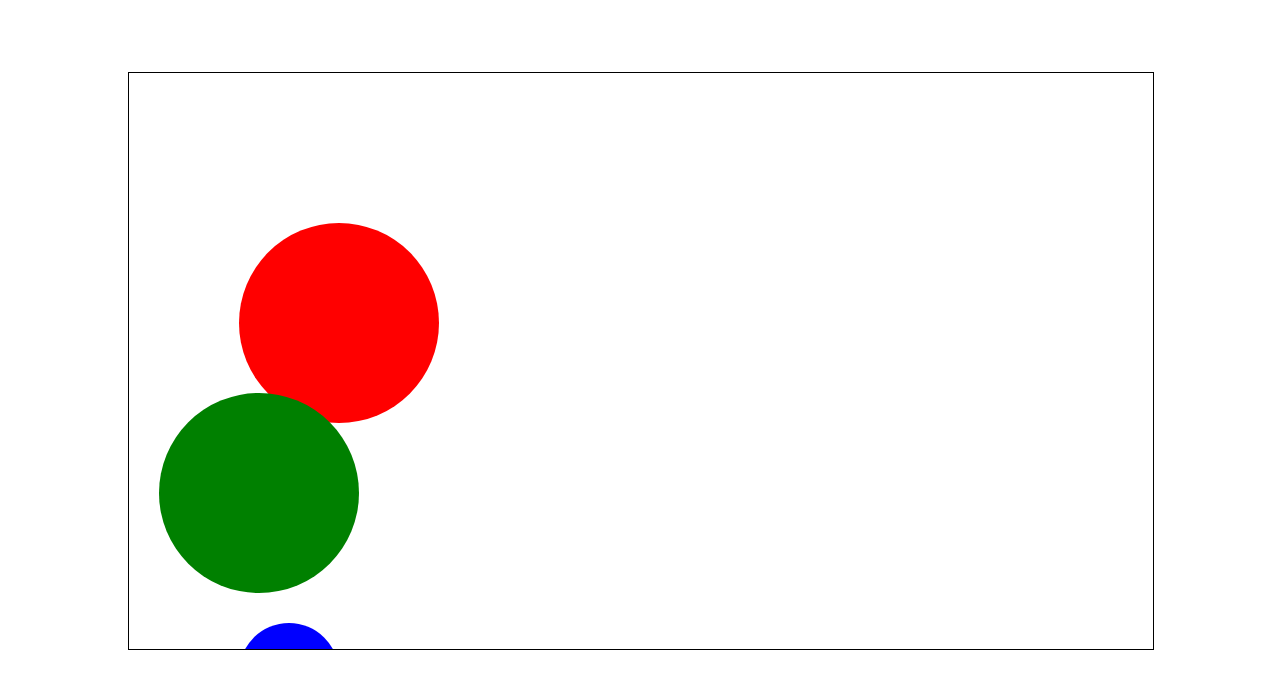
Repository: themoomooo/testgitajout
Page: index.html
These files come from the project's save history. The page is drawn as it stood at one moment and after the next save; the edit follows.
The browser window is 1280 px wide. The pictures show the whole page.

Above is the page before, as saved 2023-01-23 16:18:36.

After the next save:
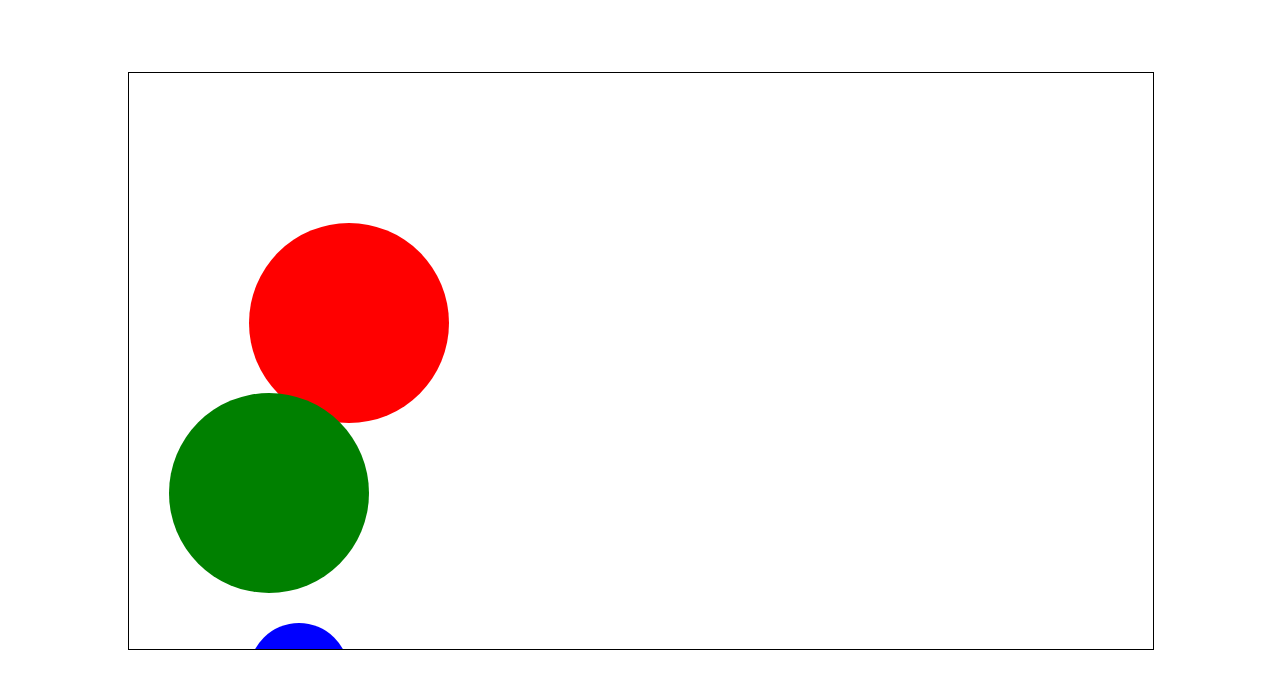
Saved 14 s later.
--- a/main.js
+++ b/main.js
@@ -74,6 +74,7 @@ monprog.add(monBallon2);
 monprog.add(monBallon3);
 monprog.add(monBallon4);
 monprog.run();
+monprog.run();
 
 /*
 document.body.append(monBallon.getOjectDom(), monBallon2.getOjectDom());
